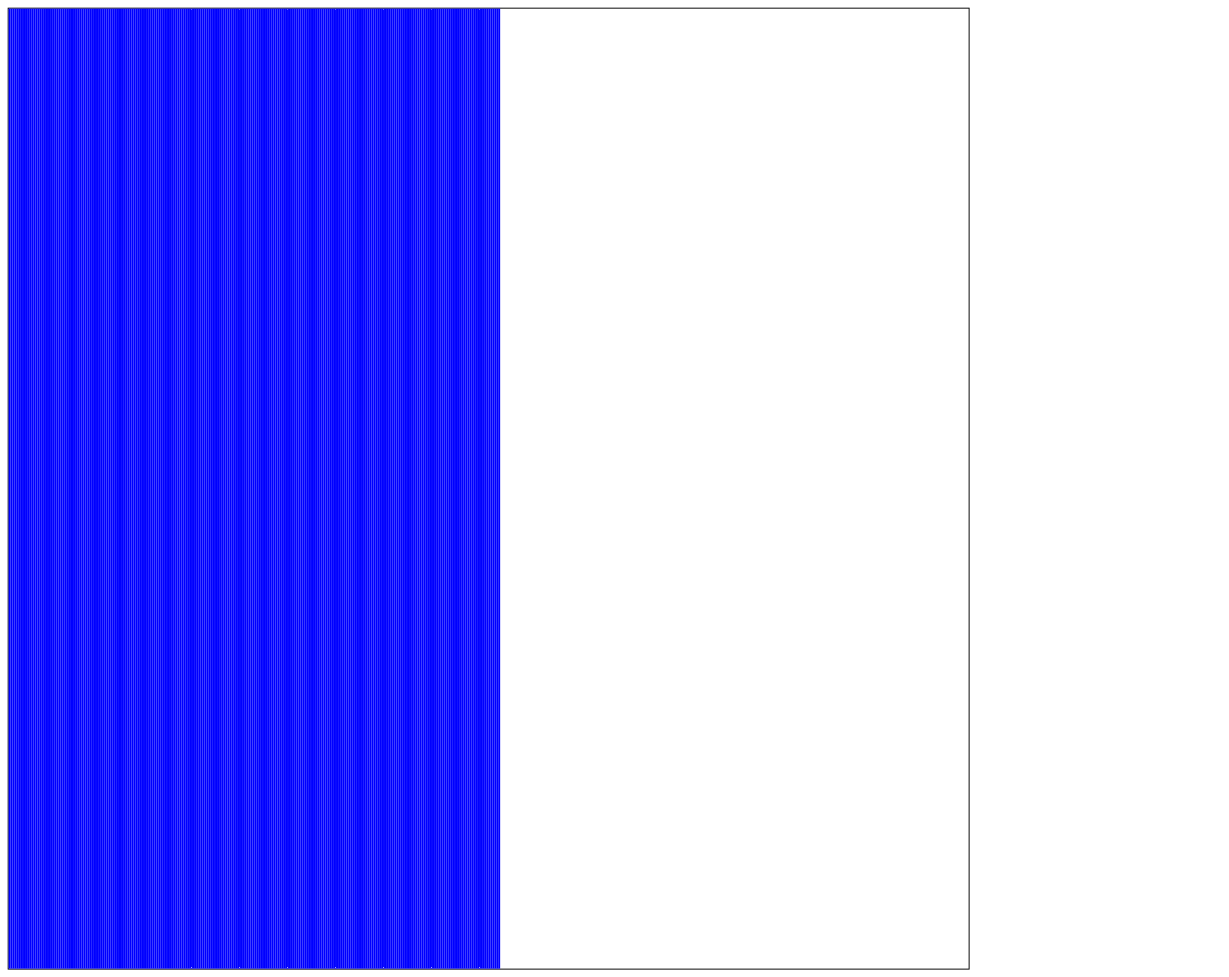
Repository: rsoetydev/etch-a-sketch
Page: index.html
These files come from the project's save history. The page is drawn as it stood at one moment and after the next save; the edit follows.
The browser window is 1280 px wide. The pictures show the whole page, at 96% of full size.

Above is the page before, as saved 2024-01-15 15:16:07.

### index.html
<!DOCTYPE html>
<html lang="en">
<head>
    <meta charset="UTF-8">
    <meta name="viewport" content="width=device-width, initial-scale=1.0">
    <title>Etch-A-Sketch</title>
    <script src="scripts.js" defer></script>
    <link rel="stylesheet" href="styles.css">
</head>
<body>

    <div id="board" class="board"></div>

</body>
</html>

### scripts.js
const board = document.getElementById('board');




function createGrid(){
    let gridWidth = 16;
    for (i = 0; i < gridWidth ** 2; i++) {
        const gridBlock = document.createElement('div');
        gridBlock.className = 'grid-block';

        board.appendChild(gridBlock);
        console.log(i);
    }
}

createGrid();

### styles.css
.board{
    display: flex;
    flex-wrap: wrap;
    flex: auto;
    width: 1000px;
    height: 1000px;
    border-style: solid;
    border-color: black;
    border-width: 1px;
}

.grid-block{
    border-style: solid;
    border-color: blue;
    border-width: 1px;
}

After the next save:
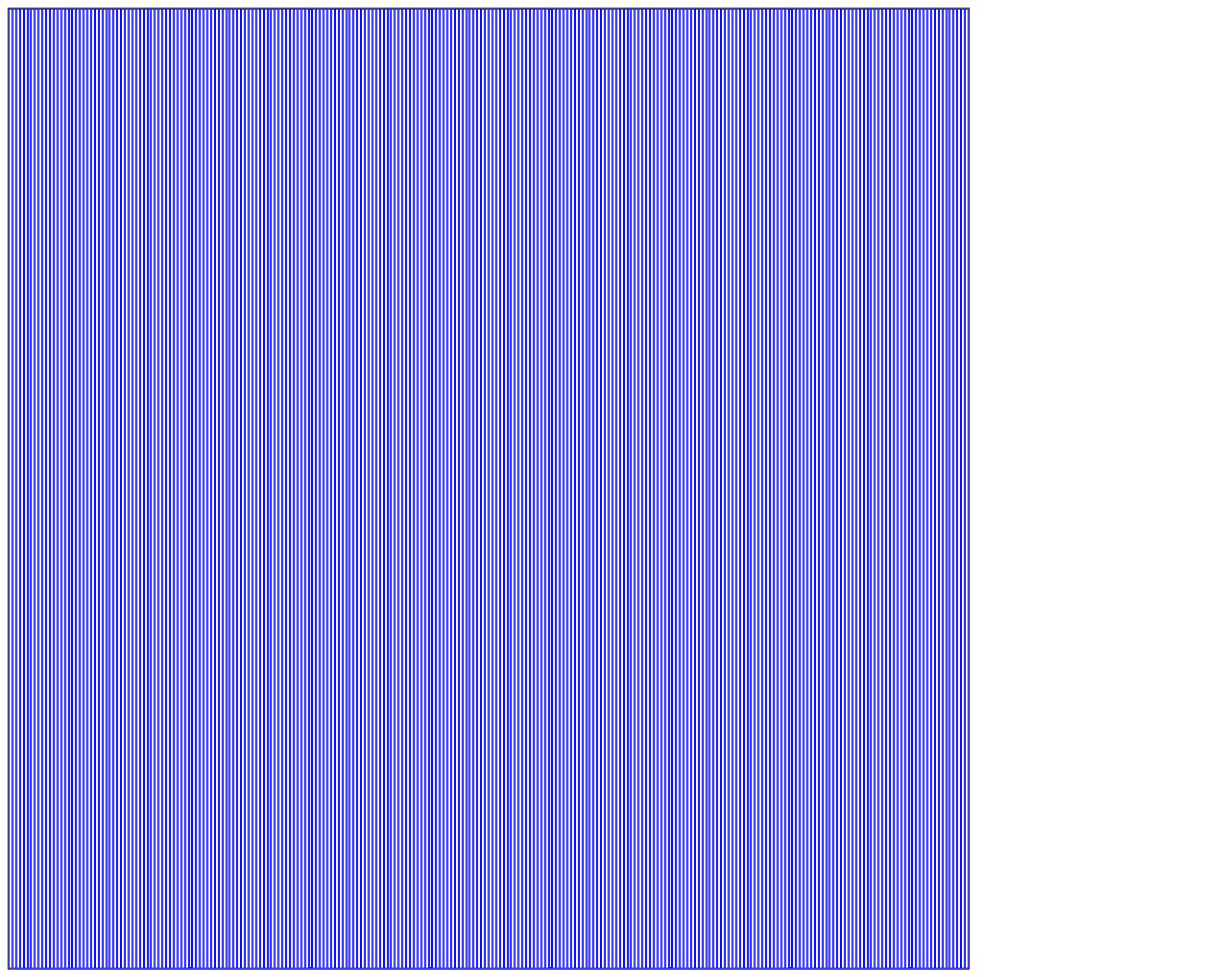
Saved 2 min 58 s later.
--- a/styles.css
+++ b/styles.css
@@ -1,7 +1,6 @@
 .board{
     display: flex;
     flex-wrap: wrap;
-    flex: auto;
     width: 1000px;
     height: 1000px;
     border-style: solid;
@@ -13,4 +12,5 @@
     border-style: solid;
     border-color: blue;
     border-width: 1px;
+    flex: 1;
 }
